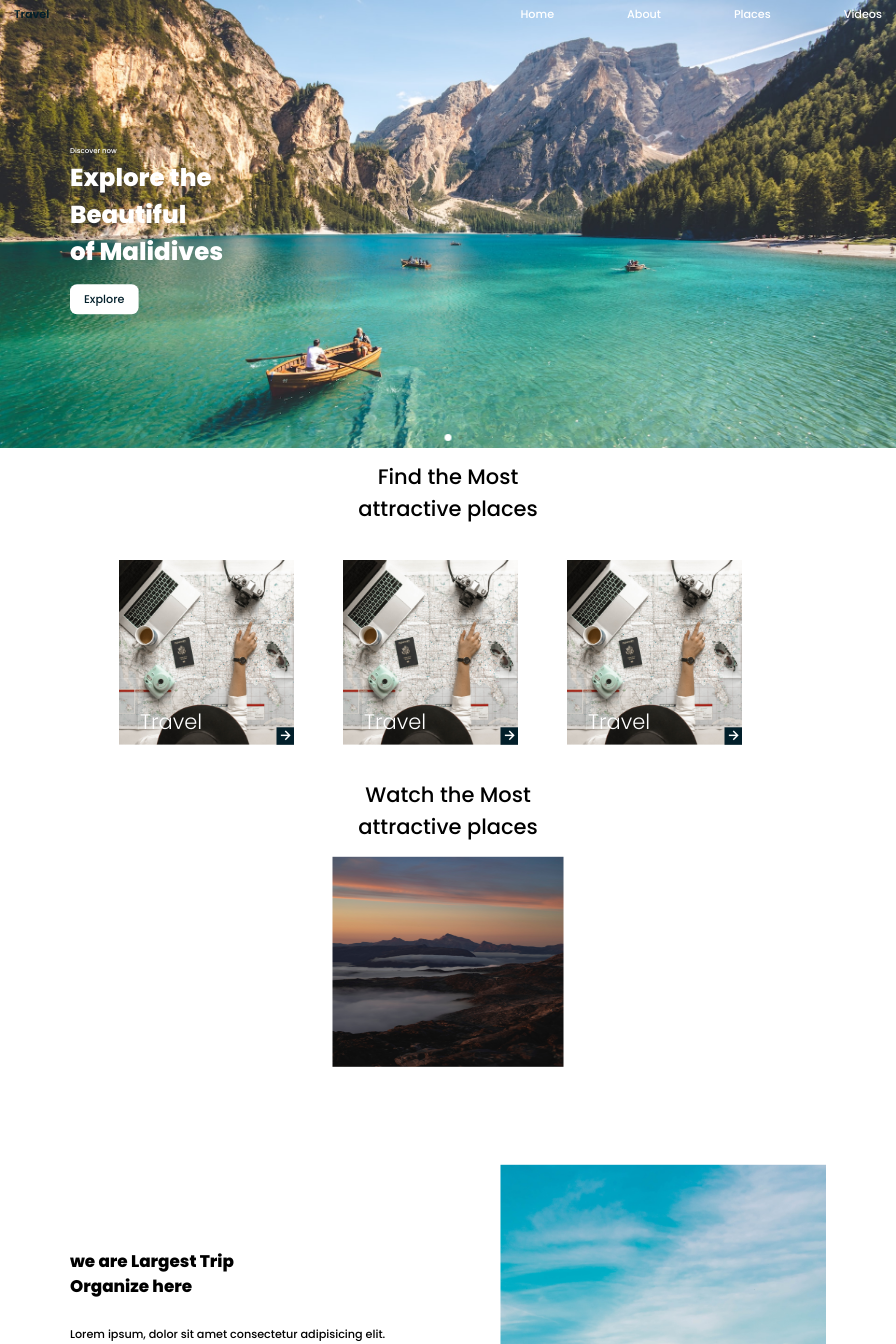
Repository: OmniaRafat232111121/Traveling
Page: index.html
The author's editor kept a copy of each file at every save. The page is drawn from the files as they stood at one save, then again after a run of saves.
The browser window is 1280 px wide. The pictures show the part of the page from y = 0 to 1920 px (the page is 2833 px tall), at 70% of full size.

Above is the page before, as saved 2022-12-20 13:26:55.

After the next 3 saves:
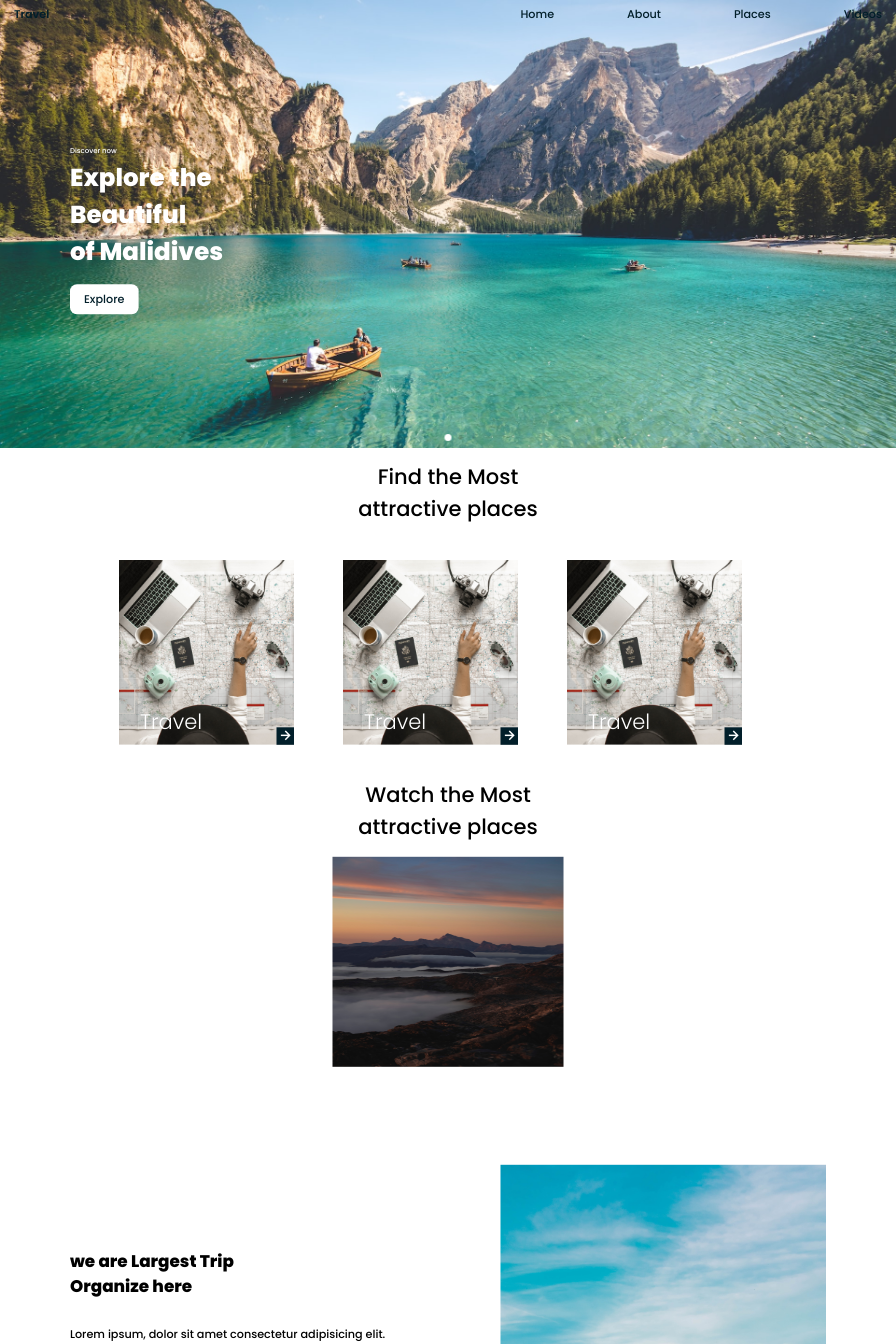
The 3 saves are shown as one change because they came seconds apart.
The last was saved 27 s later.
--- a/css/style.css
+++ b/css/style.css
@@ -43,9 +43,8 @@ top:-2px;
 
 }
 
-header  nav  a{
-
-     color:#021f2a;
+header nav ul li a{
+ color:#021f2a;
 position: relative;
 top:-2px;
 }
